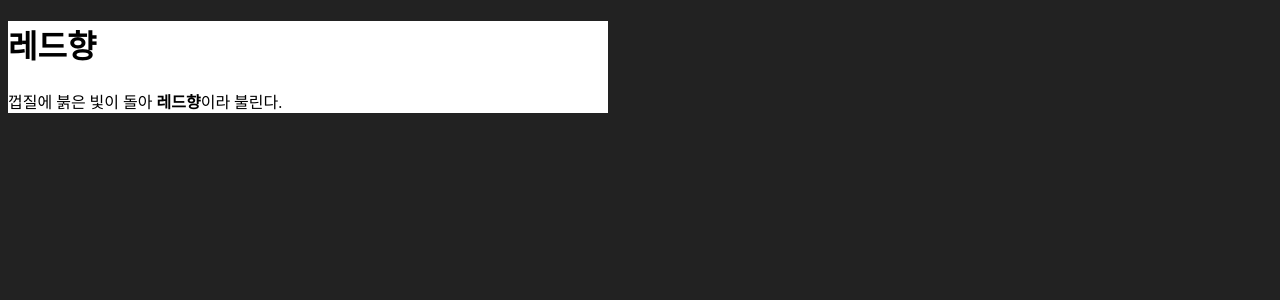
Repository: topyoungil/CodeMemories-ByJake
Page: HTML_CSS/WebContent/test/1003_css/margin-3.html
An editor plug-in stored every save of this project. The page is shown before and after the next save, followed by the edit.
The browser window is 1280 px wide. The pictures show the whole page.

Above is the page before, as saved 2022-10-03 05:14:37.

### HTML_CSS/WebContent/test/1003_css/margin-3.html
<!DOCTYPE html>
<html>
<head>
<meta charset="UTF-8">
<title>Insert title here</title>
<style>
	body {
		background-color: #222;
	}

	#container {
		background-color: #fff;
		width: 600px;

	}

</style>
</head>
<body>
	<div id="container">
		<h1>레드향</h1>
		<p>껍질에 붉은 빛이 돌아 <b>레드향</b>이라 불린다.</p>
	</div>
</body>
</html>

After the next save:
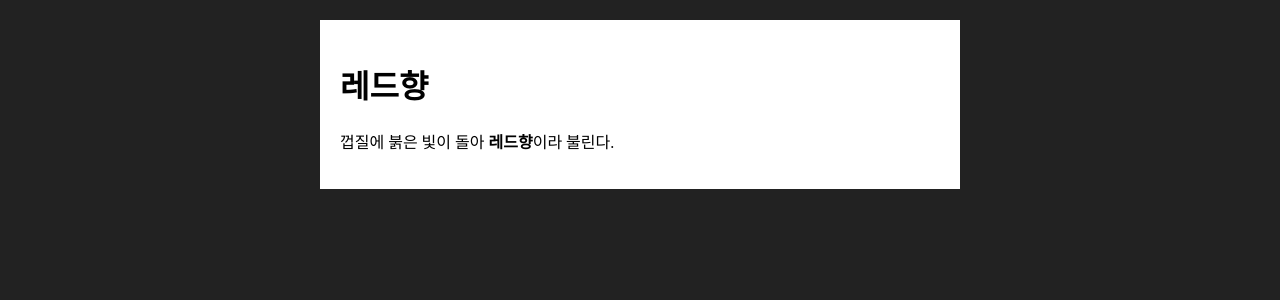
Saved 21 s later.
--- a/HTML_CSS/WebContent/test/1003_css/margin-3.html
+++ b/HTML_CSS/WebContent/test/1003_css/margin-3.html
@@ -11,7 +11,8 @@
 	#container {
 		background-color: #fff;
 		width: 600px;
-
+		margin: 20px auto;
+		padding: 20px;
 	}
 
 </style>
